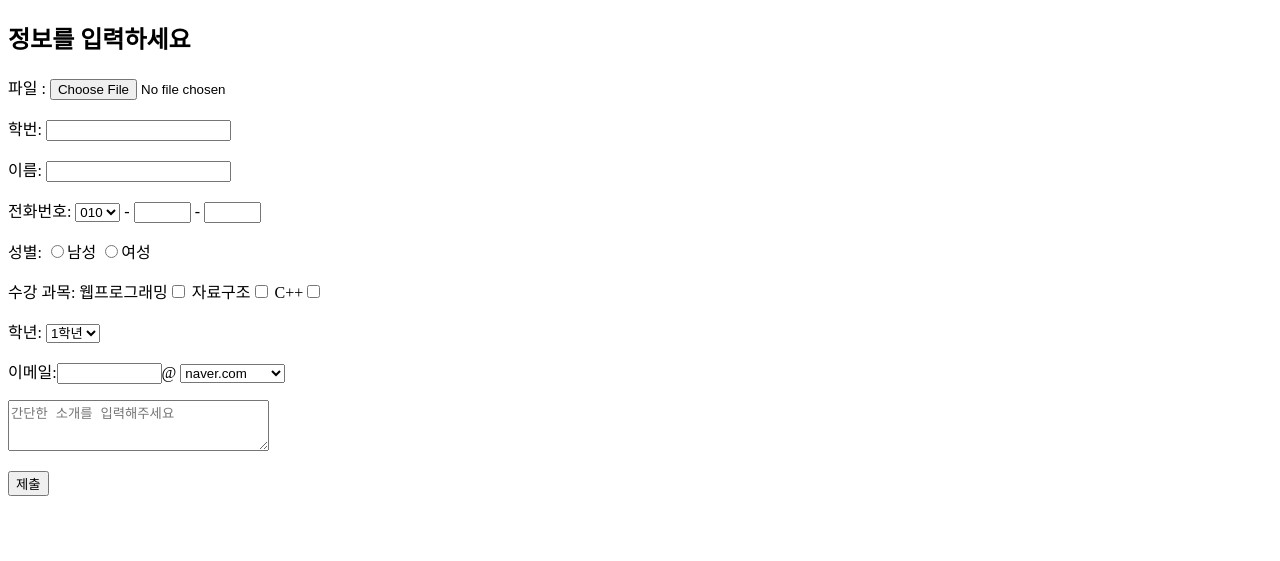
Repository: xxeionw/java_form
Page: http://localhost/formpro/form.jsp
These files come from the project's save history. The page is drawn as it stood at one moment and after the next save; the edit follows.
The browser window is 1280 px wide. The pictures show the whole page.
The page is served by Tomcat 9.

Above is the page before, as saved 2025-05-27 09:40:57.

After the next save:
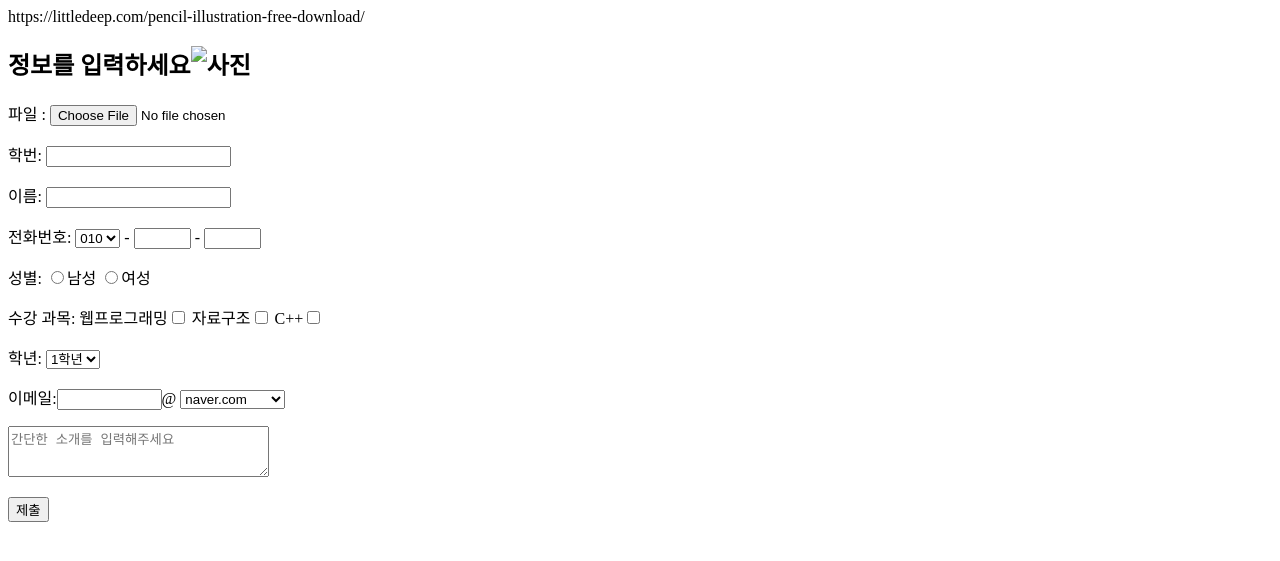
Not found: formpro/formpro/images/mypic.jpg
Saved 10 min 34 s later.
--- a/formpro/src/main/webapp/form.jsp
+++ b/formpro/src/main/webapp/form.jsp
@@ -2,12 +2,12 @@
     pageEncoding="UTF-8"%>
 <!DOCTYPE html>
 <html>
-<head>
+<head>https://littledeep.com/pencil-illustration-free-download/
 <meta charset="EUC-KR">
 <title>입력 폼</title>
 </head>
 <body>
-	<h2> 정보를 입력하세요</h2>
+	<h2> 정보를 입력하세요<img src="images/mypic.jpg" alt="사진" width="50"></h2>
     <form action="result.jsp" method="post" enctype="multipart/form-data" >
         <p>파일 : <input type="file" name="filename">
         <p>학번: <input type="text" name="studentId"></p>

After the save that followed:
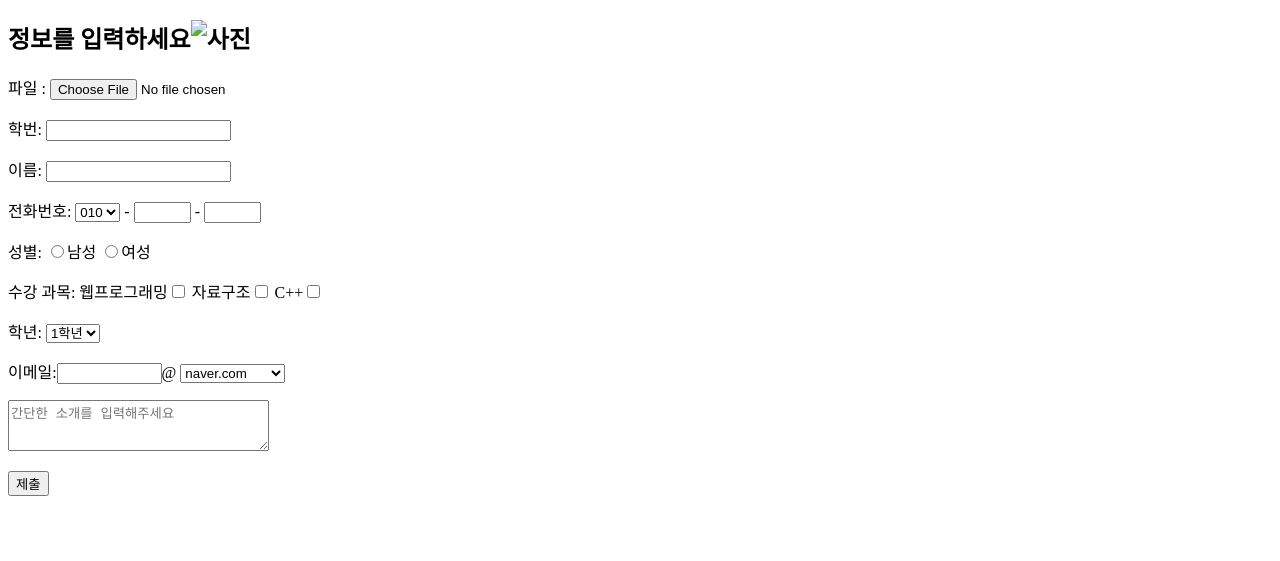
Saved 17 s later.
--- a/formpro/src/main/webapp/form.jsp
+++ b/formpro/src/main/webapp/form.jsp
@@ -2,7 +2,7 @@
     pageEncoding="UTF-8"%>
 <!DOCTYPE html>
 <html>
-<head>https://littledeep.com/pencil-illustration-free-download/
+<head>
 <meta charset="EUC-KR">
 <title>입력 폼</title>
 </head>
